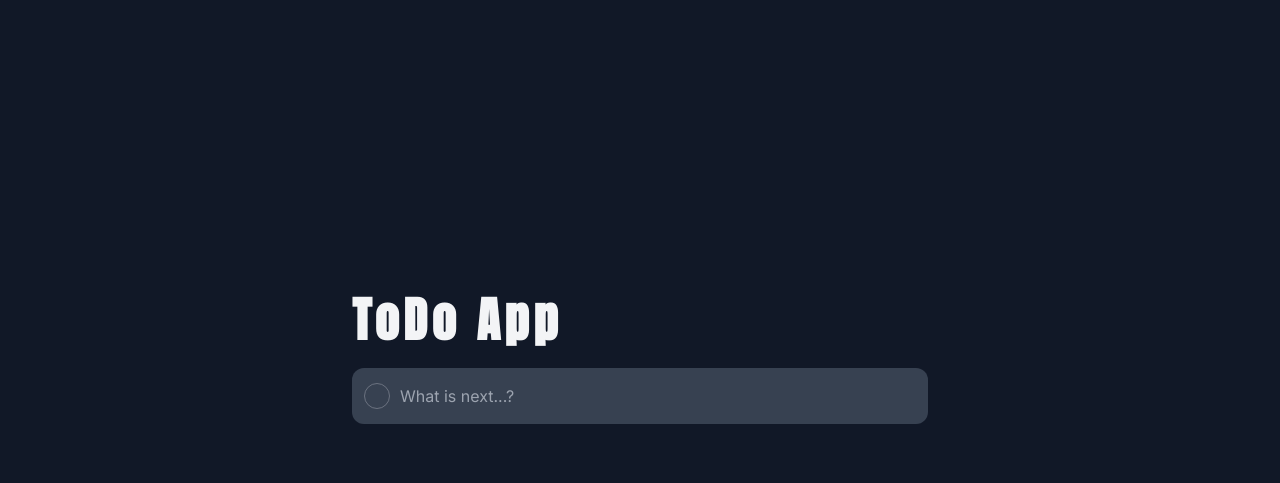
Repository: mvbri/app-todo-fullstack
Page: /
These files come from the project's save history. The page is drawn as it stood at one moment and after the next save; the edit follows.
The browser window is 1280 px wide. The pictures show the whole page.
The project was rebuilt for these pictures with package versions that can differ from the ones it lists, and the page was loaded fresh each time. Also part of the build but not shown: src/App.css.

Above is the page before, as saved 2023-04-09 12:38:34.

### public/index.html
<!DOCTYPE html>
<html lang="en">
	<head>
		<meta charset="utf-8" />
		<link rel="icon" href="%PUBLIC_URL%/favicon.ico" />
		<meta name="viewport" content="width=device-width, initial-scale=1" />
		<meta name="theme-color" content="#000000" />
		<meta
			name="description"
			content="Web site created using create-react-app"
		/>
		<link rel="apple-touch-icon" href="%PUBLIC_URL%/logo192.png" />
		<!--
      manifest.json provides metadata used when your web app is installed on a
      user's mobile device or desktop. See https://developers.google.com/web/fundamentals/web-app-manifest/
    -->
		<link rel="manifest" href="%PUBLIC_URL%/manifest.json" />
		<!--
      Notice the use of %PUBLIC_URL% in the tags above.
      It will be replaced with the URL of the `public` folder during the build.
      Only files inside the `public` folder can be referenced from the HTML.

      Unlike "/favicon.ico" or "favicon.ico", "%PUBLIC_URL%/favicon.ico" will
      work correctly both with client-side routing and a non-root public URL.
      Learn how to configure a non-root public URL by running `npm run build`.
    -->
		<link rel="preconnect" href="https://fonts.googleapis.com" />
		<link rel="preconnect" href="https://fonts.gstatic.com" crossorigin />
		<link
			href="https://fonts.googleapis.com/css2?family=Anton&family=Inter&display=swap"
			rel="stylesheet"
		/>
		<title>React App</title>
	</head>
	<body>
		<noscript>You need to enable JavaScript to run this app.</noscript>
		<div id="root"></div>
		<!--
      This HTML file is a template.
      If you open it directly in the browser, you will see an empty page.

      You can add webfonts, meta tags, or analytics to this file.
      The build step will place the bundled scripts into the <body> tag.

      To begin the development, run `npm start` or `yarn start`.
      To create a production bundle, use `npm run build` or `yarn build`.
    -->
	</body>
</html>

### src/App.js
import './App.css';
import Title from './components/Title';
import TodoInput from './components/TodoInput';

function App() {
	return (
		<div className='bg-gray-900 min-h-screen h-ful text-gray-100 flex items-center justify-center py-20 px-5'>
			<div className='container flex flex-col max-w-xl'>
				<Title />
				<TodoInput />
			</div>
		</div>
	);
}

export default App;

### src/components/Title.js
import React from 'react';

function Title() {
	return (
		<h1 className='text-5xl font-anton font-bold tracking-widest'>ToDo App</h1>
	);
}

export default Title;

### src/components/TodoInput.js
import React from 'react';

function TodoInput() {
	return (
		<div className='mt-6 relative'>
			<div className='absolute inset-y-0 left-0 pl-3 flex items-center pointer-events-none'>
				<span className='border border-gray-500 border-solid p-3 rounded-full'></span>
			</div>
			<input
				type='text'
				className='focus:shadow-lg font-inter focus:shadow-blue-800 pl-12 w-full py-4 bg-gray-700 rounded-xl outline-none trasitiona-all duration-300 ease-in-out'
				placeholder='What is next...?'
			></input>
		</div>
	);
}

export default TodoInput;

### tailwind.config.js
/** @type {import('tailwindcss').Config} */
module.exports = {
	content: ['./src/**/*.{js,jsx,ts,tsx}'],
	theme: {
		extend: {
			fontFamily: {
				anton: "'Anton', serif",
				inter: "'Inter', serif",
			},
		},
	},
	plugins: [],
};

### src/components/TodoList.js
import React from 'react';

function TodoList({ children }) {
	return (
		<div className='flex flex-col mt-7 rounded-lg overflow-hidden shadow-2xl'>
			{children}
		</div>
	);
}

export default TodoList;

Loaded but not shown: src/index.js (common file); src/index.css (common file); src/reportWebVitals.js (common file)

After the next save:
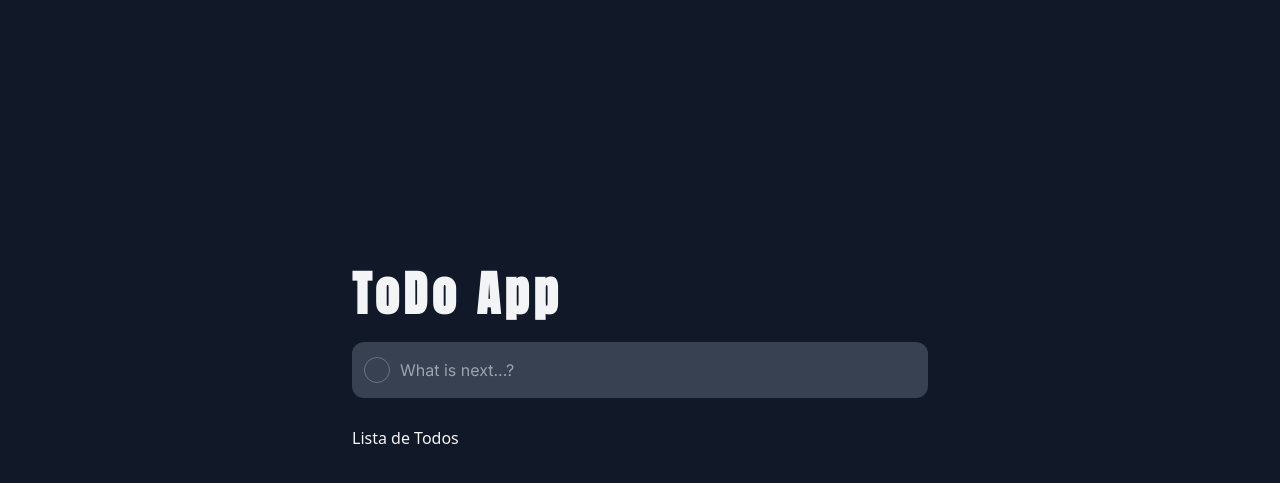
Saved 21 s later.
--- a/src/App.js
+++ b/src/App.js
@@ -1,6 +1,7 @@
 import './App.css';
 import Title from './components/Title';
 import TodoInput from './components/TodoInput';
+import TodoList from './components/TodoList';
 
 function App() {
 	return (
@@ -8,6 +9,9 @@ function App() {
 			<div className='container flex flex-col max-w-xl'>
 				<Title />
 				<TodoInput />
+				<TodoList>
+					<h2>Lista de Todos</h2>
+				</TodoList>
 			</div>
 		</div>
 	);
